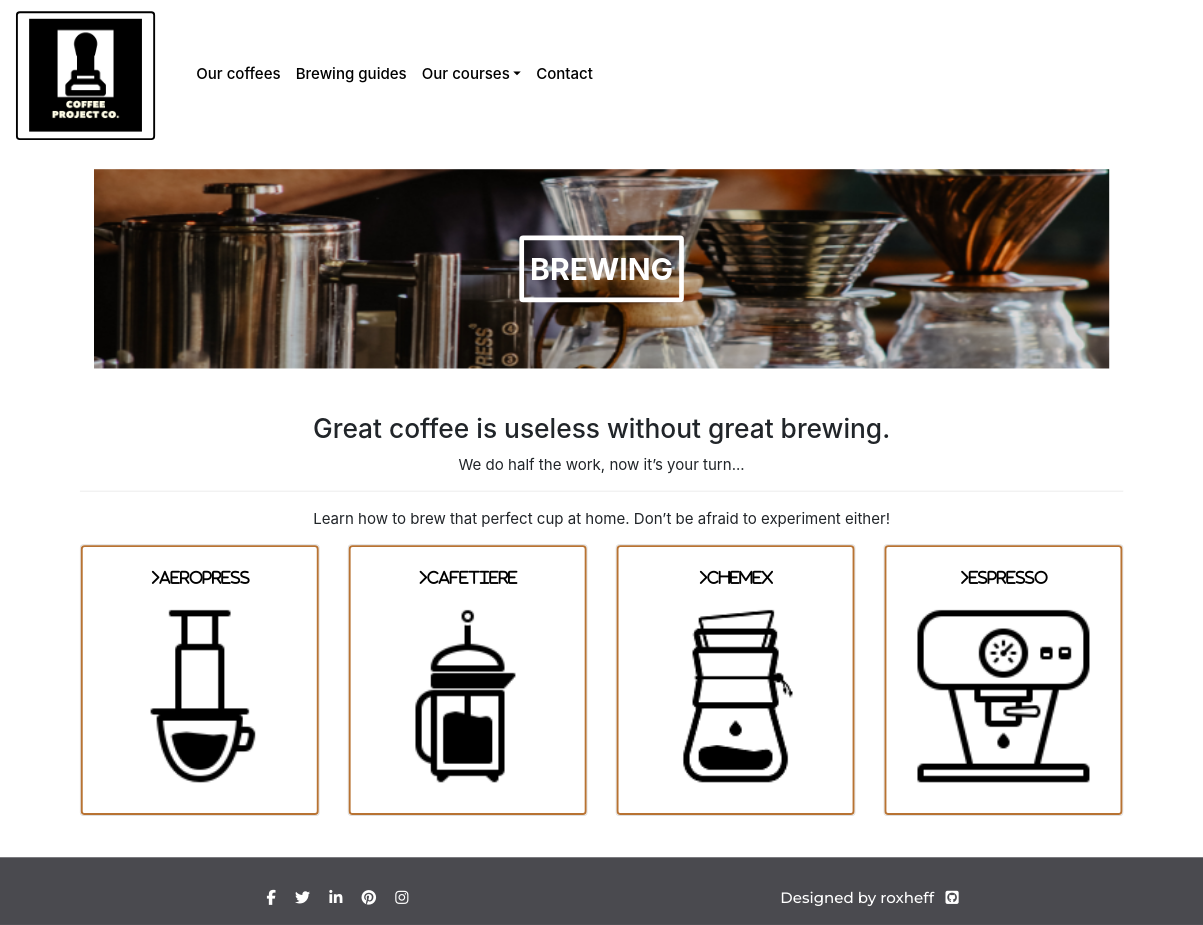
Repository: roxanahefferon/M1
Page: brewing.html
The author's editor kept a record of every edit. The page is drawn from the files as they stood at one moment, then again after the next edit.
The browser window is 1280 px wide. The pictures show the whole page, at 94% of full size.
Some web libraries are served in a nearby version.

Above is the page before.

After the next edit:
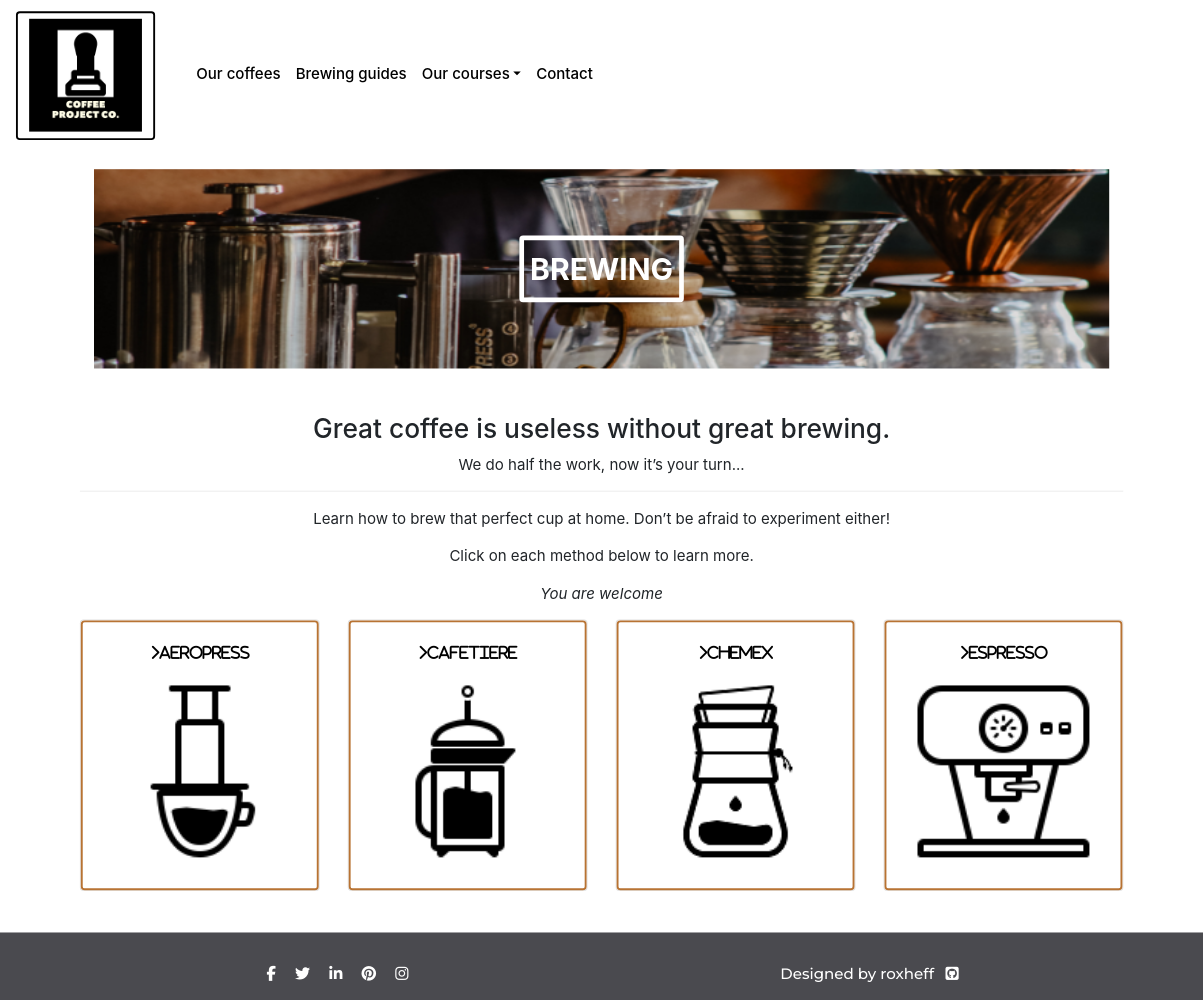
The edit:
--- a/brewing.html
+++ b/brewing.html
@@ -69,6 +69,8 @@
       <p>We do half the work, now it’s your turn...</p>
       <hr>
       <p>Learn how to brew that perfect cup at home. Don’t be afraid to experiment either!</p>
+      <p>Click on each method below to learn more.</p>
+      <p><em>You are welcome</em></p>
     </div>
   </div>
 </div>
